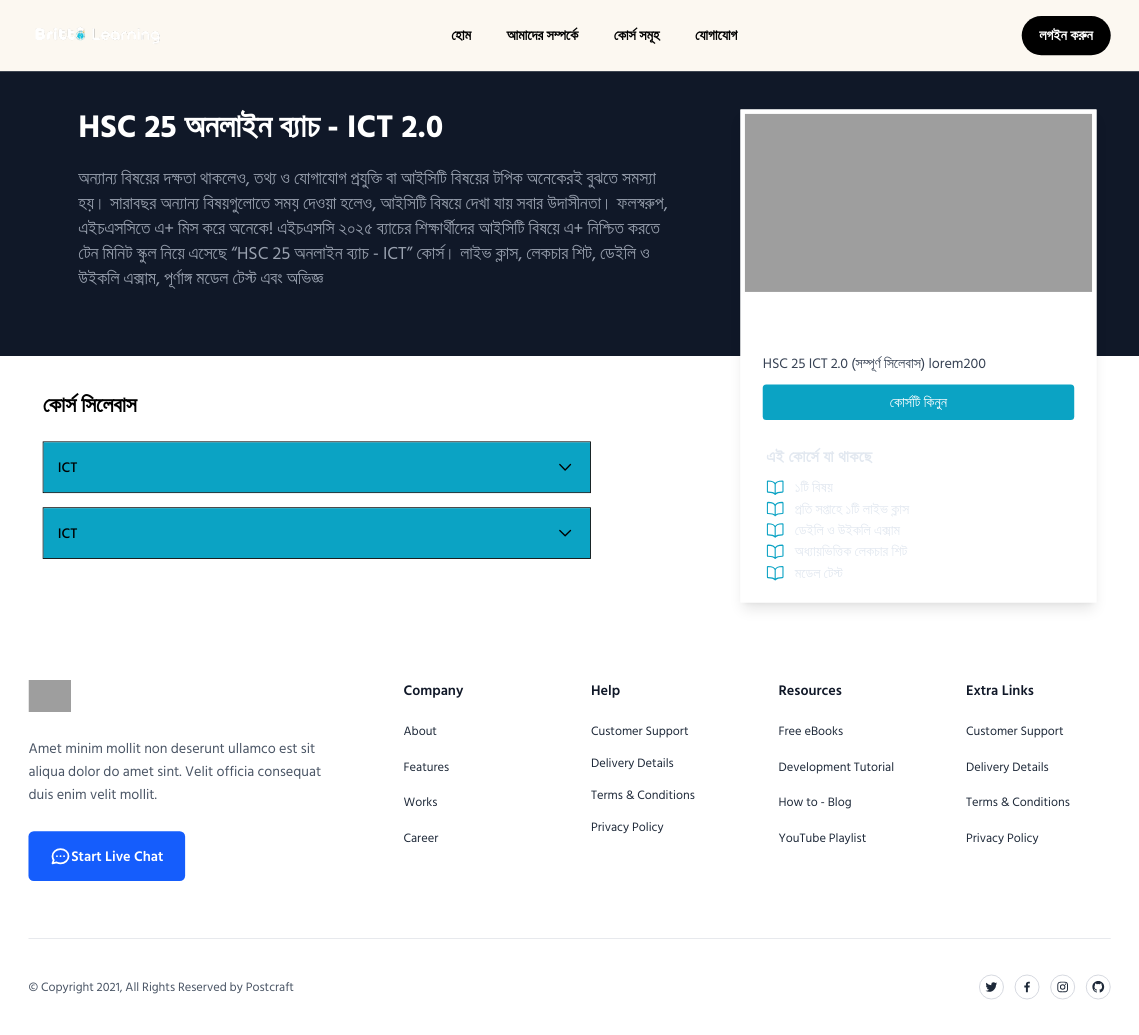
Repository: Ruddro420/course-selling
Page: /single-course
These files come from the project's save history. The page is drawn as it stood at one moment and after the next save; the edit follows.
The browser window is 1280 px wide. The pictures show the whole page, at 89% of full size.
Pictures or frames that could not be fetched are drawn as grey boxes. The project was rebuilt for these pictures with package versions that can differ from the ones it lists, and the page was loaded fresh each time. Also part of the build but not shown: vite.config.js, src/components/AboutSection.jsx, src/components/ContactSection.jsx, src/components/CourseSection.jsx, src/components/Hero.jsx, src/components/TeamSection.jsx, src/components/WhyUsSection.jsx, src/pages/Home.jsx and 2 more.

Above is the page before, as saved 2025-02-06 03:56:11.

After the next save:
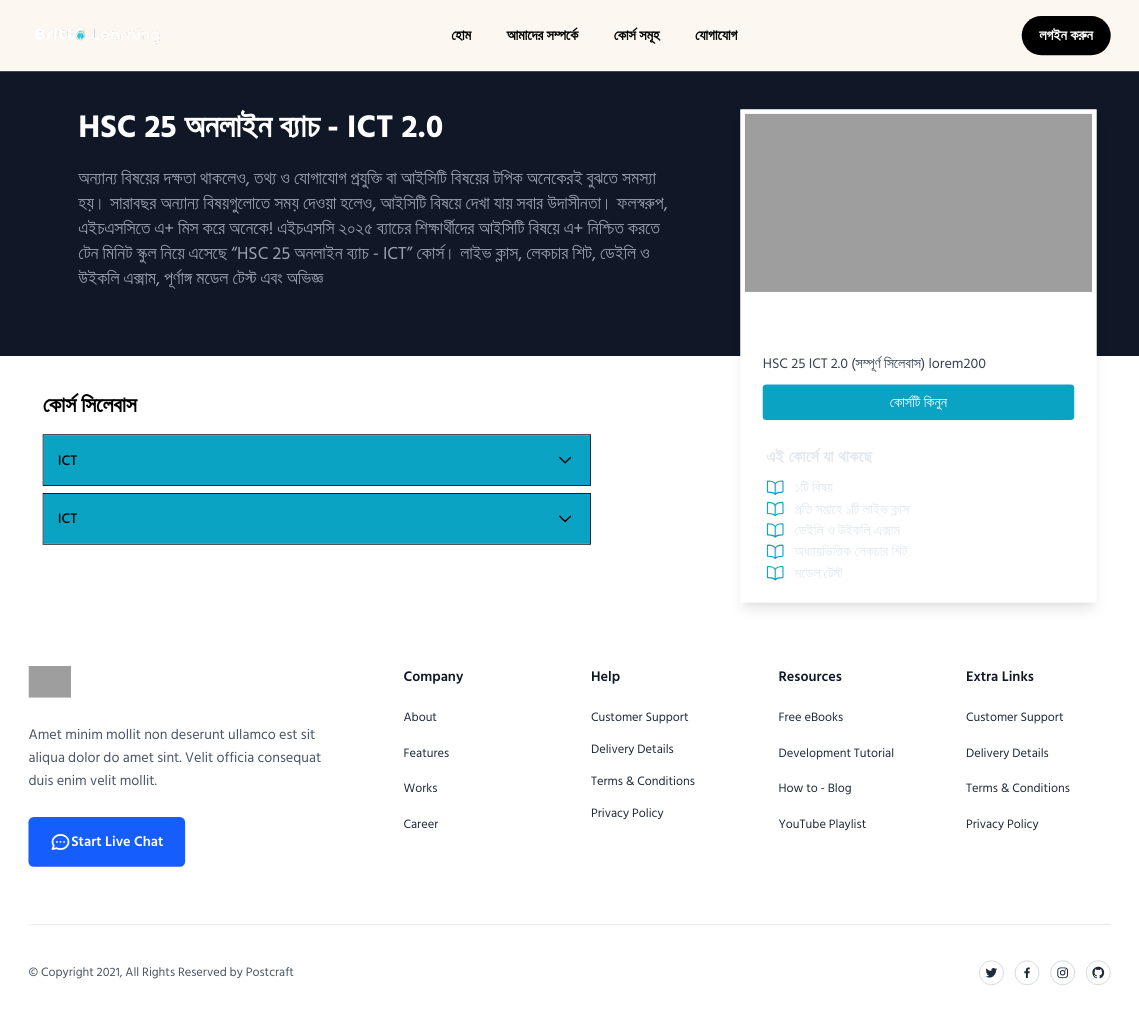
Saved 5 s later.
--- a/src/components/courseComponent/Dropdown.jsx
+++ b/src/components/courseComponent/Dropdown.jsx
@@ -5,7 +5,7 @@ const Dropdown = ({ heading, description }) => {
 
     return (
       <>
-     <div className="p-0 border sylebus mt-4">
+     <div className="p-0 border sylebus mt-2">
           <details className="group">
             <summary className="flex bg-[#0BA3C4] dark:text-white p-4 cursor-pointer list-none items-center justify-between font-medium border-amber-50">
               <span>{heading}</span>
